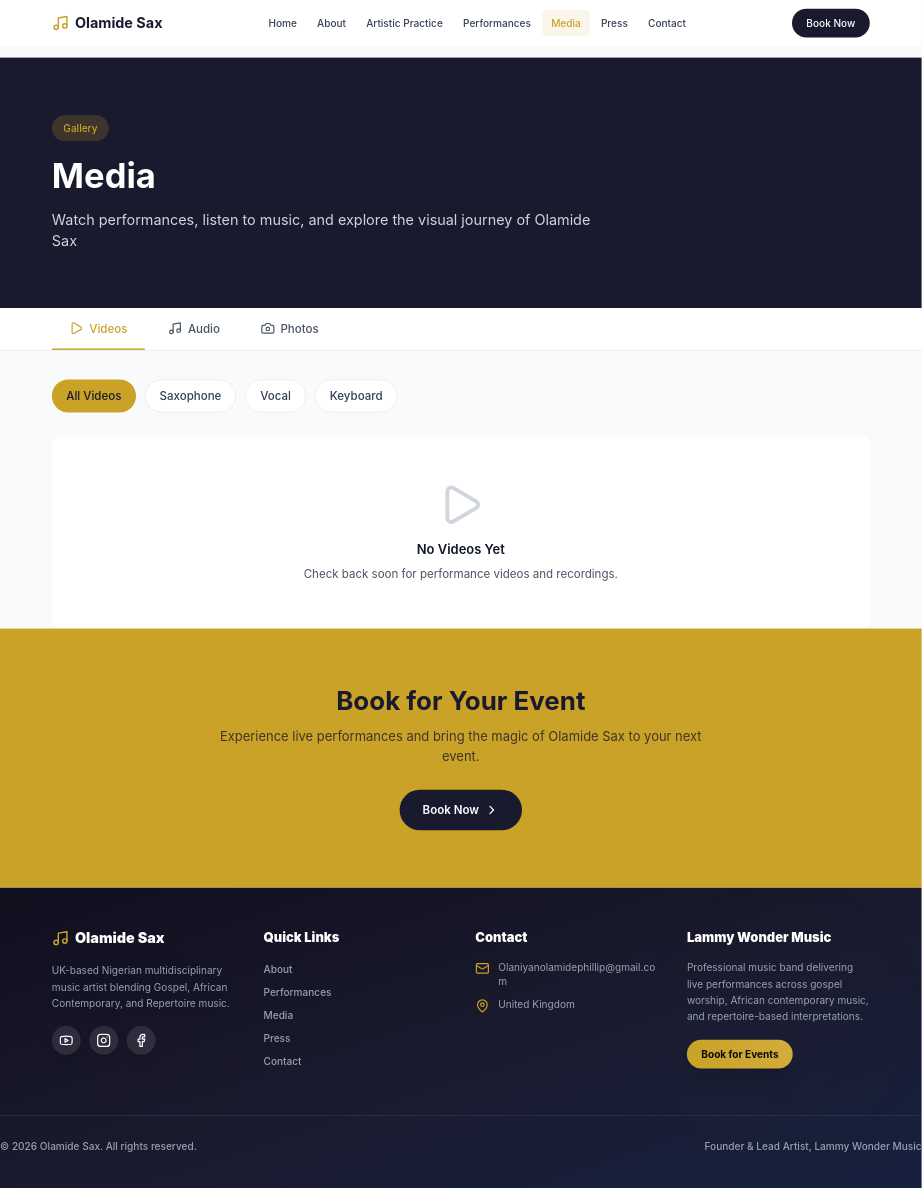
Repository: TheJazzDev/olamide-sax
Page: /media
The author's editor kept a copy of each file at every save. The page is drawn from the files as they stood at one save, then again after the next save.
The browser window is 1280 px wide. The pictures show the whole page, at 72% of full size.
The page's requests for data from a server got no answer. The project was rebuilt for these pictures with package versions that can differ from the ones it lists, and the page was loaded fresh each time. Some packages were replaced by stand-ins written for this rebuild. The framework's server and built-in components were replaced by stand-ins that run in the browser. No one was signed in, and anything a server would have sent is missing. Also part of the build but not shown: next.config.ts.

Above is the page before, as saved 2026-01-17 17:29:37.

### app/layout.tsx
import type { Metadata } from 'next';
import './globals.css';

export const metadata: Metadata = {
  title: 'Olamide Sax | Vocalist • Saxophonist • Keyboardist',
  description:
    'UK-based Nigerian multidisciplinary music artist blending Gospel, African Contemporary, and Repertoire music through live performance, worship, and community-focused cultural events. Founder & Lead Artist of Lammy Wonder Music.',
  keywords: [
    'Olamide Sax',
    'Saxophonist',
    'Vocalist',
    'Keyboardist',
    'Nigerian Artist',
    'UK Musician',
    'Gospel Music',
    'African Contemporary',
    'Lammy Wonder Music',
    'Live Performance',
    'Worship Music',
  ],
  authors: [{ name: 'Olamide Sax' }],
  openGraph: {
    title: 'Olamide Sax | Vocalist • Saxophonist • Keyboardist',
    description:
      'UK-based Nigerian multidisciplinary music artist blending Gospel, African Contemporary, and Repertoire music.',
    type: 'website',
    locale: 'en_GB',
  },
  twitter: {
    card: 'summary_large_image',
    title: 'Olamide Sax | Vocalist • Saxophonist • Keyboardist',
    description:
      'UK-based Nigerian multidisciplinary music artist blending Gospel, African Contemporary, and Repertoire music.',
  },
};

export default function RootLayout({
  children,
}: Readonly<{
  children: React.ReactNode;
}>) {
  return (
    <html lang='en'>
      <head>
        <link
          rel='apple-touch-icon'
          sizes='180x180'
          href='/apple-touch-icon.png'
        />
        <link
          rel='icon'
          type='image/png'
          sizes='32x32'
          href='/favicon-32x32.png'
        />
        <link
          rel='icon'
          type='image/png'
          sizes='16x16'
          href='/favicon-16x16.png'
        />
        <link rel='manifest' href='/site.webmanifest' />
      </head>
      <body className='antialiased'>{children}</body>
    </html>
  );
}

### app/(site)/layout.tsx
import Navigation from "@/components/Navigation";
import Footer from "@/components/Footer";

export default function SiteLayout({
  children,
}: {
  children: React.ReactNode;
}) {
  return (
    <>
      <Navigation />
      <main className="pt-16 md:pt-20">
        {children}
      </main>
      <Footer />
    </>
  );
}

### app/(site)/media/page.tsx
'use client';

import { useState, useEffect } from 'react';
import { useSearchParams } from 'next/navigation';
import Image from 'next/image';
import Link from 'next/link';
import { Play, Music, Camera, ChevronRight, ExternalLink, Disc } from 'lucide-react';

interface VideoItem {
  id: string;
  title: string;
  url: string;
  platform: string;
  description?: string;
  category?: string | null;
  featured: boolean;
  displayOrder: number;
}

interface MusicItem {
  id: string;
  title: string;
  platform: string;
  url: string;
  releaseYear: string;
}

interface PhotoItem {
  id: string;
  title: string;
  url: string;
  category: string;
  alt: string;
}

type TabType = 'videos' | 'audio' | 'photos';
type VideoCategory = 'all' | 'SAXOPHONE' | 'VOCAL' | 'KEYBOARD';

export default function MediaPage() {
  const searchParams = useSearchParams();
  const [activeTab, setActiveTab] = useState<TabType>('videos');
  const [videoCategory, setVideoCategory] = useState<VideoCategory>('all');
  const [videos, setVideos] = useState<VideoItem[]>([]);
  const [music, setMusic] = useState<MusicItem[]>([]);
  const [photos, setPhotos] = useState<PhotoItem[]>([]);
  const [loading, setLoading] = useState(true);

  useEffect(() => {
    fetchData();

    // Check for category parameter in URL
    const category = searchParams.get('category');
    if (category && (category === 'SAXOPHONE' || category === 'VOCAL' || category === 'KEYBOARD')) {
      setActiveTab('videos');
      setVideoCategory(category as VideoCategory);
    }
  }, [searchParams]);

  const fetchData = async () => {
    try {
      const [videosRes, musicRes, photosRes] = await Promise.all([
        fetch('/api/videos'),
        fetch('/api/music'),
        fetch('/api/photos'),
      ]);

      const videosData = await videosRes.json();
      const musicData = await musicRes.json();
      const photosData = await photosRes.json();

      setVideos(videosData);
      setMusic(musicData);
      setPhotos(photosData);
    } catch (error) {
      console.error('Error fetching media:', error);
    } finally {
      setLoading(false);
    }
  };

  const videoCategories = [
    { id: 'all' as VideoCategory, label: 'All Videos' },
    { id: 'SAXOPHONE' as VideoCategory, label: 'Saxophone' },
    { id: 'VOCAL' as VideoCategory, label: 'Vocal' },
    { id: 'KEYBOARD' as VideoCategory, label: 'Keyboard' },
  ];

  const filteredVideos = videoCategory === 'all'
    ? videos
    : videos.filter(video => video.category === videoCategory);

  const tabs = [
    { id: 'videos' as TabType, label: 'Videos', icon: Play, count: videos.length },
    { id: 'audio' as TabType, label: 'Audio', icon: Music, count: music.length },
    { id: 'photos' as TabType, label: 'Photos', icon: Camera, count: photos.length },
  ];

  return (
    <>
      {/* Hero Section */}
      <section className="relative py-8 sm:py-10 md:py-14 lg:py-20 bg-[#1a1a2e] text-white">
        <div className="container-custom">
          <div className="max-w-3xl">
            <span className="inline-block px-3 py-1.5 sm:px-4 sm:py-2 bg-[#c9a227]/20 text-[#c9a227] text-xs sm:text-sm font-medium rounded-full mb-4 sm:mb-6">
              Gallery
            </span>
            <h1 className="text-3xl sm:text-4xl md:text-5xl font-bold mb-3 sm:mb-4 md:mb-6">
              Media
            </h1>
            <p className="text-base sm:text-lg md:text-xl text-gray-300">
              Watch performances, listen to music, and explore the visual journey of Olamide Sax
            </p>
          </div>
        </div>
      </section>

      {/* Tabs */}
      <section className="bg-white border-b border-gray-200 sticky top-16 md:top-20 z-10">
        <div className="container-custom">
          <div className="flex gap-1 sm:gap-2 overflow-x-auto scrollbar-hide">
            {tabs.map((tab) => {
              const Icon = tab.icon;
              return (
                <button
                  key={tab.id}
                  onClick={() => setActiveTab(tab.id)}
                  className={`flex items-center gap-2 px-4 sm:px-6 py-3 sm:py-4 font-medium text-sm sm:text-base whitespace-nowrap transition-colors border-b-2 ${
                    activeTab === tab.id
                      ? 'border-[#c9a227] text-[#c9a227]'
                      : 'border-transparent text-gray-600 hover:text-gray-900'
                  }`}
                >
                  <Icon className="w-4 h-4 sm:w-5 sm:h-5" />
                  {tab.label}
                  {tab.count > 0 && (
                    <span className="ml-1 sm:ml-2 px-2 py-0.5 bg-gray-100 text-gray-600 text-xs rounded-full">
                      {tab.count}
                    </span>
                  )}
                </button>
              );
            })}
          </div>
        </div>
      </section>

      {/* Content */}
      <section className="pt-4 lg:pt-10 bg-gray-50">
        <div className="container-custom">
          {loading ? (
            <div className="flex items-center justify-center py-20">
              <div className="text-center">
                <div className="w-12 h-12 sm:w-16 sm:h-16 border-4 border-[#c9a227] border-t-transparent rounded-full animate-spin mx-auto mb-4"></div>
                <p className="text-gray-600">Loading media...</p>
              </div>
            </div>
          ) : (
            <>
              {/* Videos Tab */}
              {activeTab === 'videos' && (
                <div>
                  {/* Category Filters */}
                  <div className="mb-6 sm:mb-8">
                    <div className="flex flex-wrap gap-2 sm:gap-3">
                      {videoCategories.map((cat) => (
                        <button
                          key={cat.id}
                          onClick={() => setVideoCategory(cat.id)}
                          className={`px-4 py-2 sm:px-5 sm:py-2.5 text-sm sm:text-base font-medium rounded-full transition-colors ${
                            videoCategory === cat.id
                              ? 'bg-[#c9a227] text-[#1a1a2e]'
                              : 'bg-white text-gray-700 hover:bg-gray-100 border border-gray-200'
                          }`}
                        >
                          {cat.label}
                        </button>
                      ))}
                    </div>
                  </div>

                  {videos.length > 0 ? (
                    filteredVideos.length > 0 ? (
                      <div className="grid sm:grid-cols-2 lg:grid-cols-3 gap-4 sm:gap-6">
                        {filteredVideos.map((video) => (
                        <div key={video.id} className="bg-white rounded-xl overflow-hidden shadow-sm hover:shadow-md transition-shadow">
                          <div className="relative aspect-video bg-gray-200">
                            <div className="absolute inset-0 flex items-center justify-center bg-[#1a1a2e]/90">
                              <div className="text-center text-white p-4">
                                <Play className="w-10 h-10 sm:w-12 sm:h-12 mx-auto mb-2 text-[#c9a227]" />
                                <p className="text-xs sm:text-sm">Available on {video.platform}</p>
                              </div>
                            </div>
                          </div>
                          <div className="p-4">
                            <div className="flex items-center gap-2 mb-1">
                              <span className="text-xs font-medium text-[#c9a227] uppercase tracking-wide">
                                {video.platform}
                              </span>
                              {video.category && (
                                <>
                                  <span className="text-gray-300">•</span>
                                  <span className="text-xs font-medium text-gray-600">
                                    {video.category === 'SAXOPHONE' && 'Saxophone'}
                                    {video.category === 'VOCAL' && 'Vocal'}
                                    {video.category === 'KEYBOARD' && 'Keyboard'}
                                  </span>
                                </>
                              )}
                            </div>
                            <h3 className="font-bold text-gray-900 mt-1 mb-2 text-sm sm:text-base">{video.title}</h3>
                            {video.description && (
                              <p className="text-xs sm:text-sm text-gray-600 mb-3 line-clamp-2">{video.description}</p>
                            )}
                            <a
                              href={video.url}
                              target="_blank"
                              rel="noopener noreferrer"
                              className="inline-flex items-center gap-2 text-xs sm:text-sm font-medium text-[#c9a227] hover:underline"
                            >
                              Watch Now
                              <ExternalLink className="w-3 h-3 sm:w-4 sm:h-4" />
                            </a>
                          </div>
                        </div>
                      ))}
                    </div>
                    ) : (
                      <div className="bg-white p-12 sm:p-16 rounded-xl text-center">
                        <Play className="w-12 h-12 sm:w-16 sm:h-16 text-gray-300 mx-auto mb-4" />
                        <h3 className="font-semibold text-gray-900 mb-2 text-base sm:text-lg">
                          No {videoCategory !== 'all' ? videoCategories.find(c => c.id === videoCategory)?.label : ''} Videos
                        </h3>
                        <p className="text-gray-600 text-sm sm:text-base">
                          {videoCategory !== 'all'
                            ? 'No videos found in this category. Try selecting a different category.'
                            : 'Check back soon for performance videos and recordings.'}
                        </p>
                      </div>
                    )
                  ) : (
                    <div className="bg-white p-12 sm:p-16 rounded-xl text-center">
                      <Play className="w-12 h-12 sm:w-16 sm:h-16 text-gray-300 mx-auto mb-4" />
                      <h3 className="font-semibold text-gray-900 mb-2 text-base sm:text-lg">No Videos Yet</h3>
                      <p className="text-gray-600 text-sm sm:text-base">Check back soon for performance videos and recordings.</p>
                    </div>
                  )}
                </div>
              )}

              {/* Audio Tab */}
              {activeTab === 'audio' && (
                <div>
                  {music.length > 0 ? (
                    <div className="space-y-4">
                      {music.map((release) => (
                        <div
                          key={release.id}
                          className="bg-white p-4 sm:p-6 rounded-xl shadow-sm hover:shadow-md transition-shadow"
                        >
                          <div className="flex flex-col sm:flex-row items-start sm:items-center gap-4">
                            <div className="w-16 h-16 sm:w-20 sm:h-20 bg-[#1a1a2e] rounded-lg flex items-center justify-center shrink-0">
                              <Disc className="w-8 h-8 sm:w-10 sm:h-10 text-[#c9a227]" />
                            </div>
                            <div className="flex-1 min-w-0">
                              <h3 className="font-bold text-gray-900 text-base sm:text-lg">{release.title}</h3>
                              <div className="flex items-center gap-2 mt-1">
                                <span className="text-xs sm:text-sm font-medium text-[#c9a227]">{release.platform}</span>
                                <span className="text-gray-400">•</span>
                                <span className="text-xs sm:text-sm text-gray-500">{release.releaseYear}</span>
                              </div>
                            </div>
                            <a
                              href={release.url}
                              target="_blank"
                              rel="noopener noreferrer"
                              className="inline-flex items-center gap-2 px-4 sm:px-5 py-2 sm:py-2.5 bg-[#c9a227] text-[#1a1a2e] text-sm font-semibold rounded-full hover:bg-[#e8d48b] transition-colors shrink-0"
                            >
                              <Play className="w-4 h-4" />
                              Listen
                            </a>
                          </div>
                        </div>
                      ))}
                    </div>
                  ) : (
                    <div className="bg-white p-12 sm:p-16 rounded-xl text-center">
                      <Music className="w-12 h-12 sm:w-16 sm:h-16 text-gray-300 mx-auto mb-4" />
                      <h3 className="font-semibold text-gray-900 mb-2 text-base sm:text-lg">No Music Releases Yet</h3>
                      <p className="text-gray-600 text-sm sm:text-base">Check back soon for music releases and streaming links.</p>
                    </div>
                  )}
                </div>
              )}

              {/* Photos Tab */}
              {activeTab === 'photos' && (
                <div>
                  {photos.length > 0 ? (
                    <div className="grid grid-cols-2 sm:grid-cols-2 lg:grid-cols-3 gap-3 sm:gap-4 md:gap-6">
                      {photos.map((photo) => (
                        <div key={photo.id} className="bg-white rounded-xl overflow-hidden shadow-sm hover:shadow-md transition-shadow group">
                          <div className="relative aspect-square bg-gray-200">
                            <Image
                              src={photo.url}
                              alt={photo.alt}
                              fill
                              className="object-cover group-hover:scale-105 transition-transform duration-300"
                            />
                          </div>
                          <div className="p-3 sm:p-4">
                            <span className="text-xs font-medium text-[#c9a227] uppercase tracking-wide">
                              {photo.category}
                            </span>
                            <h3 className="font-semibold text-gray-900 mt-1 text-sm sm:text-base">{photo.title}</h3>
                          </div>
                        </div>
                      ))}
                    </div>
                  ) : (
                    <div className="bg-white p-12 sm:p-16 rounded-xl text-center">
                      <Camera className="w-12 h-12 sm:w-16 sm:h-16 text-gray-300 mx-auto mb-4" />
                      <h3 className="font-semibold text-gray-900 mb-2 text-base sm:text-lg">No Photos Yet</h3>
                      <p className="text-gray-600 text-sm sm:text-base">Check back soon for performance and event photos.</p>
                    </div>
                  )}
                </div>
              )}
            </>
          )}
        </div>
      </section>

      {/* CTA Section */}
      <section className="py-12 sm:py-16 md:py-20 bg-[#c9a227]">
        <div className="container-custom text-center">
          <h2 className="text-2xl sm:text-3xl md:text-4xl font-bold text-[#1a1a2e] mb-3 sm:mb-4">
            Book for Your Event
          </h2>
          <p className="text-[#1a1a2e]/80 text-base sm:text-lg mb-6 sm:mb-8 max-w-2xl mx-auto">
            Experience live performances and bring the magic of Olamide Sax to your next event.
          </p>
          <Link
            href="/contact"
            className="inline-flex items-center gap-2 px-6 sm:px-8 py-3 sm:py-4 bg-[#1a1a2e] text-white font-semibold rounded-full hover:bg-[#16213e] transition-colors text-sm sm:text-base"
          >
            Book Now
            <ChevronRight className="w-4 h-4 sm:w-5 sm:h-5" />
          </Link>
        </div>
      </section>
    </>
  );
}

Loaded but not shown: components/Footer.tsx (127 lines, source omitted); components/Navigation.tsx (157 lines, source omitted); app/globals.css (186 lines, source omitted)

After the next save:
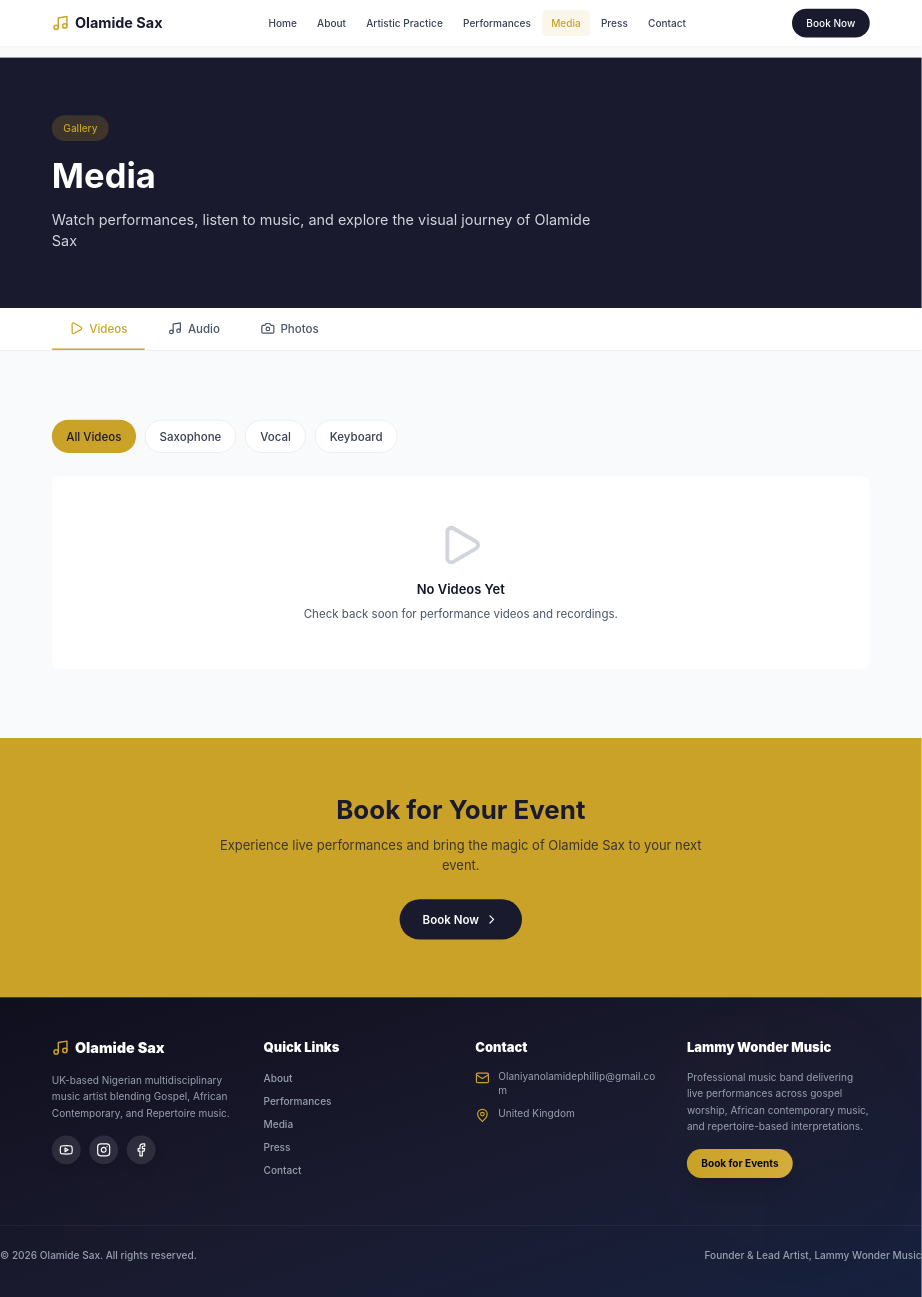
Saved 6 s later.
--- a/app/(site)/media/page.tsx
+++ b/app/(site)/media/page.tsx
@@ -145,7 +145,7 @@
       </section>
 
       {/* Content */}
-      <section className="pt-4 lg:pt-10 bg-gray-50">
+      <section className="section-padding pt-10 bg-gray-50">
         <div className="container-custom">
           {loading ? (
             <div className="flex items-center justify-center py-20">

After the 2 saves that followed:
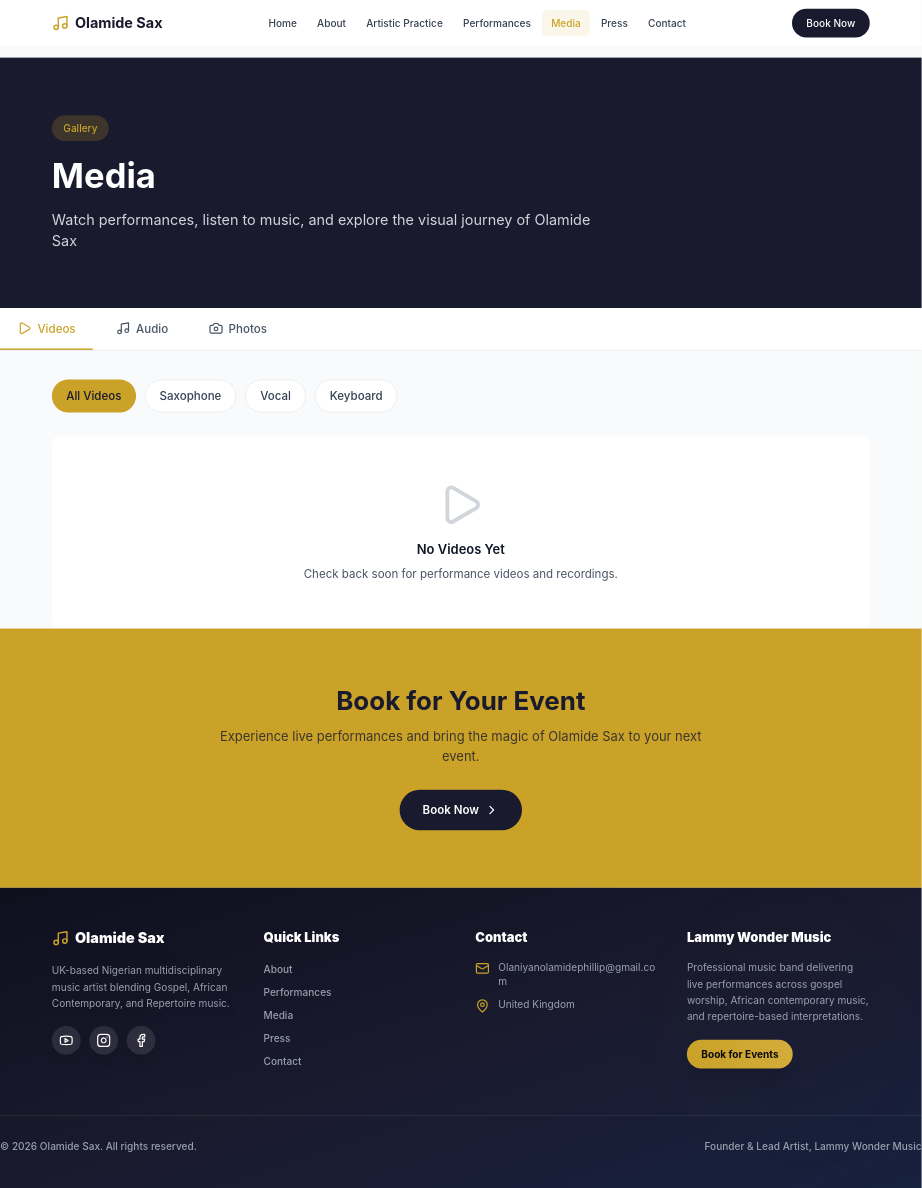
The 2 saves are shown as one change because 1 left the picture as it was.
The last was saved 40 s later.
--- a/app/(site)/media/page.tsx
+++ b/app/(site)/media/page.tsx
@@ -116,7 +116,7 @@
 
       {/* Tabs */}
       <section className="bg-white border-b border-gray-200 sticky top-16 md:top-20 z-10">
-        <div className="container-custom">
+        <div className="container-custo">
           <div className="flex gap-1 sm:gap-2 overflow-x-auto scrollbar-hide">
             {tabs.map((tab) => {
               const Icon = tab.icon;
@@ -145,7 +145,7 @@
       </section>
 
       {/* Content */}
-      <section className="section-padding pt-10 bg-gray-50">
+      <section className="pt-4 lg:pt-10 bg-gray-50">
         <div className="container-custom">
           {loading ? (
             <div className="flex items-center justify-center py-20">
